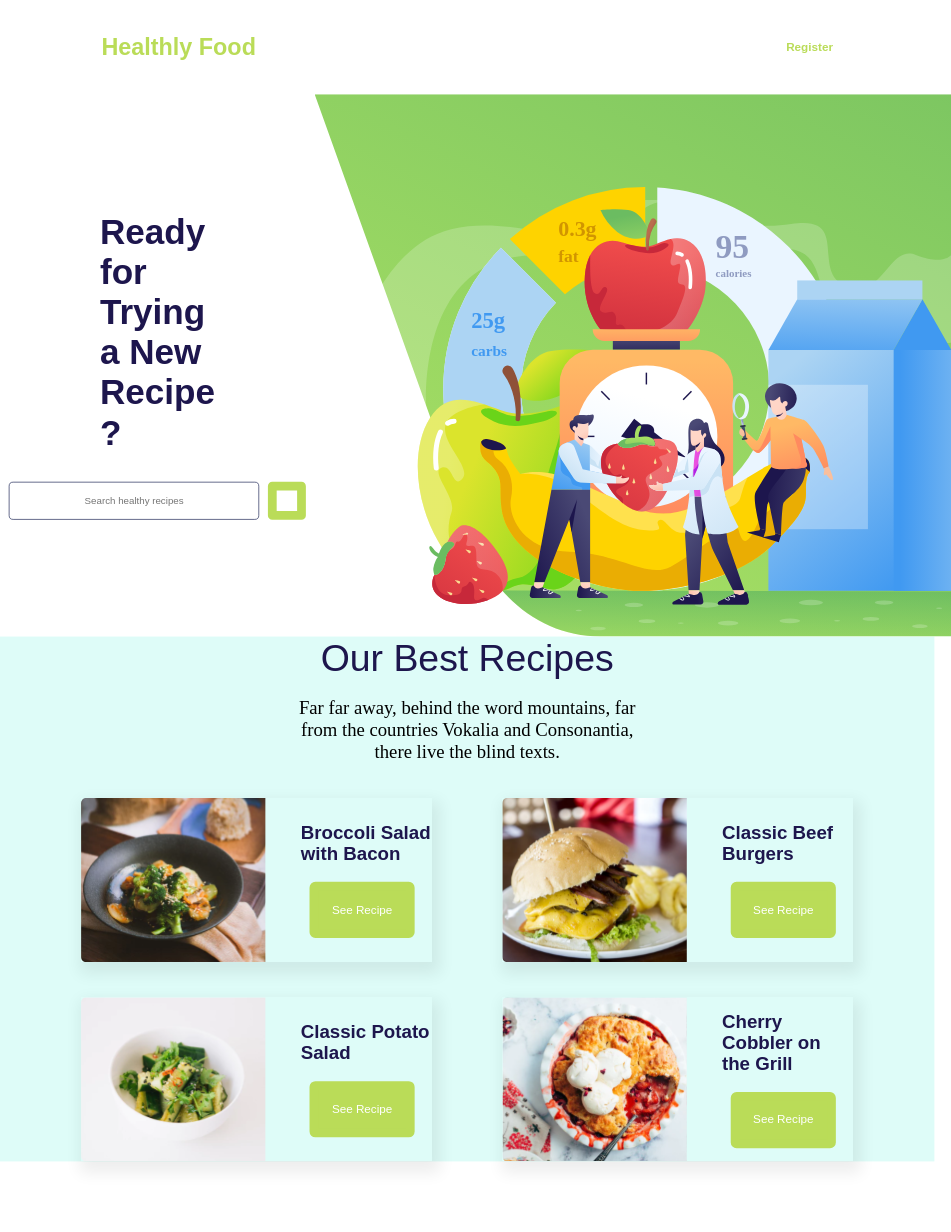
Repository: LuccaCasalecchi/HealthyFood
Page: /
The author's editor kept a copy of each file at every save. The page is drawn from the files as they stood at one save, then again after the next save.
The browser window is 1280 px wide. The page is 1303 px wide, so the pictures cover 1303 px, including what lies to the right of the window. The pictures show the whole page, at 73% of full size.
The project was rebuilt for these pictures with package versions that can differ from the ones it lists, and the page was loaded fresh each time.

Above is the page before, as saved 2021-08-18 17:35:10.

### src/App.js
import React from 'react'
import LandingPage from './pages/LandingPage/LandingPage';

function App() {
  return (
    <div className="App">
      <LandingPage/>
    </div>
  );
}

export default App;

### src/pages/LandingPage/LandingPage.jsx
import React from "react";
import "./LandingPage.css";
import Recipes from "../../components/Recipes/Recipes";
import Main from "../../components/Main/Main";

export default function LandingPage() {
  return (
    <>
      <Main/>
      <Recipes/>
    </>
  );
}

### src/pages/LandingPage/LandingPage.css
* {
  margin: 0;
  padding: 0;
  box-sizing: border-box;
  font-family: sans-serif;
}

### src/components/Recipes/Recipes.jsx
import React from "react";
import Card from '../Card/Card'

import './Recipes.css'
import FoodOne from '../../images/comida_1.svg';
import FoodTwo from '../../images/comida_2.svg';
import FoodThree from '../../images/comida_3.svg';
import FoodFour from '../../images/comida_4.svg';

export default function Recipes() {
  return (
    <section className='recipes' id='recipes'>
      <div className='recipes__introduction'>
        <p className='introduction__title'>Our Best Recipes</p>
        <p className='introduction__description'>
          Far far away, behind the word mountains,
          far from the countries Vokalia and Consonantia,
          there live the blind texts.
        </p>
      </div>
      <div className='recipes__best'>
        <Card image={FoodOne} title='Broccoli Salad with Bacon'/>
        <Card image={FoodTwo} title='Classic Beef Burgers'/>
        <Card image={FoodThree} title='Classic Potato Salad'/>
        <Card image={FoodFour} title='Cherry Cobbler on the Grill'/>
      </div>
    </section>
  );
}

### src/components/Main/Main.jsx
import React from 'react'
import Input from '../Input/Input'
import Illustration from '../../images/Illustration.svg'
import Header from '../Header/Header'
import './Main.css'

export default function Main() {
  return (
    <div>
      <Header/>
      <div className="search-recipes">
        <div className="subtitle">
          <h2>Ready for<br />Trying a New<br />Recipe ?</h2>
          <div className="input-container">
          <Input/>
          </div>
        </div>
        <img src={Illustration} alt="" />
      </div>
    </div>
  )
}

### src/components/Card/Card.jsx
import React from 'react'
import './Card.css'

export default function Card({image, title}) {
  return (
    <div>
      <article className='recipe'>
      <img className='recipe__image' src={image} alt={title}/>
      <div className="recipe__informations">
        <p className='recipe__title'>{title}</p>
        <button className='recipe__button' to='/'>See Recipe</button>
      </div>
    </article>
    </div>
  )
}

### src/components/Recipes/Recipes.css
.recipes{
  background-color: rgb(222, 252, 248);
  width: 100%;
  display: flex;
  flex-direction: column;
  align-items: center;
  margin-bottom: 6rem;
}

.recipes__introduction {
  max-width: 510px;
}

.introduction__title {
  margin-bottom: 1.5rem;

  color: #1D164D;
  font-family: sans-serif;
  font-size: 3.2rem;
  text-align: center;
}

.introduction__description {
  color: var(--color-text);
  font-family: 'Muli';
  font-size: 1.6rem;
  text-align: center;
}

.recipes__best {
  display: flex;
  flex-wrap: wrap;
  justify-content: center;
}

### src/components/Input/Input.jsx
import React from 'react'
import './Input.css'

export default function Input() {
  return (
    <div className="input-container">
      <input
      type="text"
      placeholder="Search healthy recipes"/>

      <button></button>
    </div>
  )
}

### src/components/Header/Header.jsx
import React from 'react'
import './Header.css'

export default function Header() {
  return (
    <div className="header-container">
        <a href="#" className="logo">Healthly Food</a>
        <a href="#" className="register">Register</a>
    </div>
  )
}

### src/components/Main/Main.css
.search-recipes {
  display: flex;
  justify-content: space-between;
  align-items: center;
}

.subtitle {
  display: flex;
  justify-content: center;
  align-items: center;
  flex-direction: column;
}

.subtitle h2 {
  font-size: 48px;
  color: #1d164d;
  text-align: left;
  padding: 0px 137px 40px;
}

### src/components/Card/Card.css
.recipe {
  display: flex;
  align-items: center;
  margin: 3rem 3rem 0 3rem;
  box-shadow: 5px 10px 20px 6px rgba(0,0,0,0.07);
}

.recipe__image {
  max-width: 253px;
  max-height: 225px;
}

.recipe__informations {
  max-width: 180px;
  display: flex;
  flex-direction: column;
  margin-left: 3rem;
}

.recipe__title {
  margin-bottom: 1.5rem;
  color: #1D164D;
  font-family: sans-serif;
  font-size: 1.6rem;
  font-weight: 700;
}

.recipe__button {
  width: 80%;
  height: 4.8rem;
  display: flex;
  justify-content: center;
  align-items: center;
  background: #BADC58;
  color: white;
  border-radius: .5rem;
  font-family: sans-serif;
  font-size: 1rem;
  text-decoration: none;
}

### src/components/Input/Input.css
.input-container{
  display: flex;
  justify-content: center;
  align-items: center;
  padding: 0px;
}

input{
  width: 343px;
  height: 52px;
  border-radius: 6px;
  border: 1px solid #2D3561;
  text-align: center;
}

button{
  width: 52px;
  height: 52px;
  background-color: white;
  border: 12px solid #BADC58;
  border-radius: 6px;
  padding: 0px 12px;
  margin-left: 12px;
}

### src/components/Header/Header.css
.header-container{
  display: flex;
  justify-content: space-between;
  align-items: center;
  padding: 46px 0;
}

.header-container a {
  text-decoration: none;
  color: #BADC58;
  font-weight: 700;
  padding: 0 139px;
}

.header-container .logo{
  font-size: 32px;

}

.header-container .register{
  font-size: 16px;

}

Loaded but not shown: public/index.html (common file); src/index.js (common file)

After the next save:
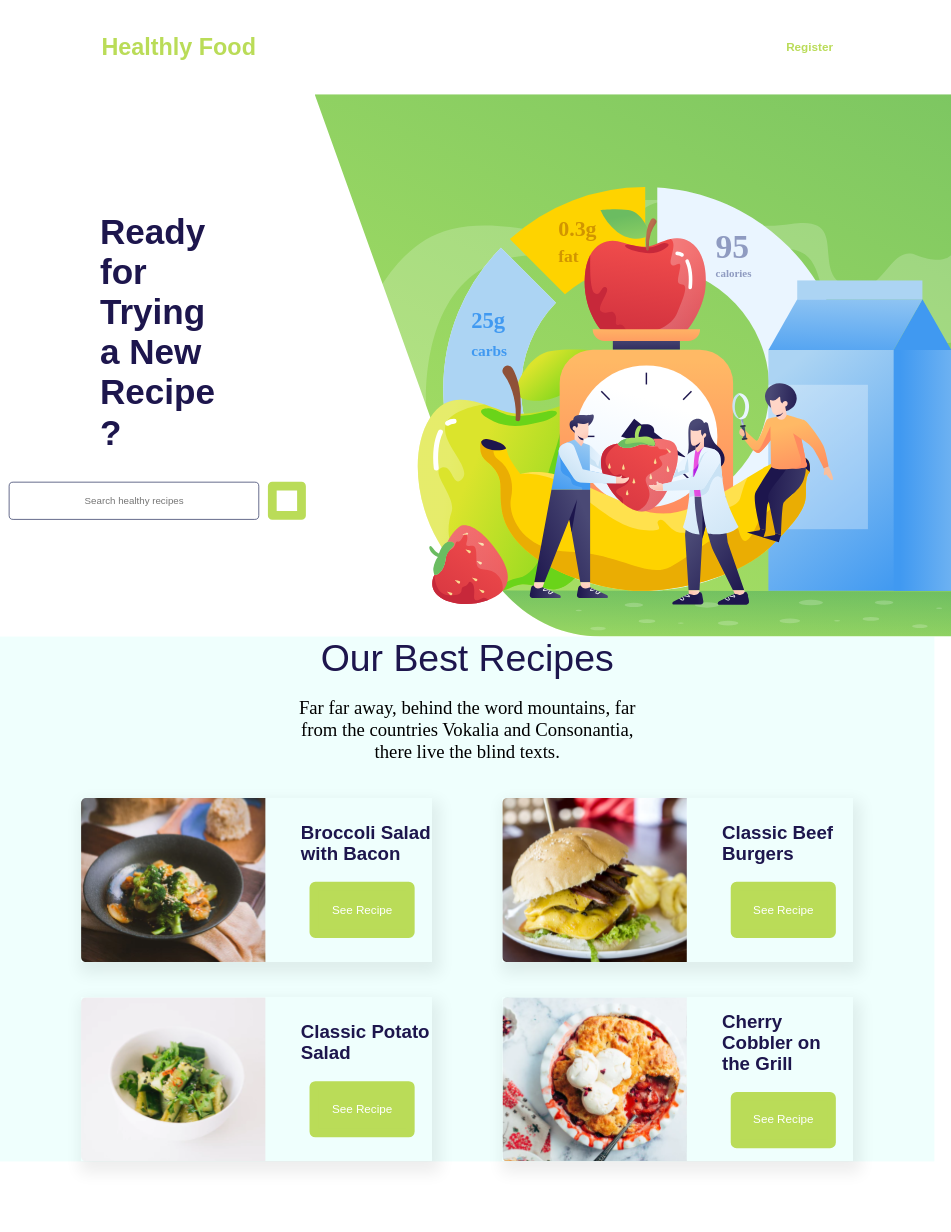
Saved 4 s later.
--- a/src/components/Recipes/Recipes.css
+++ b/src/components/Recipes/Recipes.css
@@ -1,5 +1,5 @@
 .recipes{
-  background-color: rgb(222, 252, 248);
+  background-color: rgb(239, 255, 253);
   width: 100%;
   display: flex;
   flex-direction: column;
